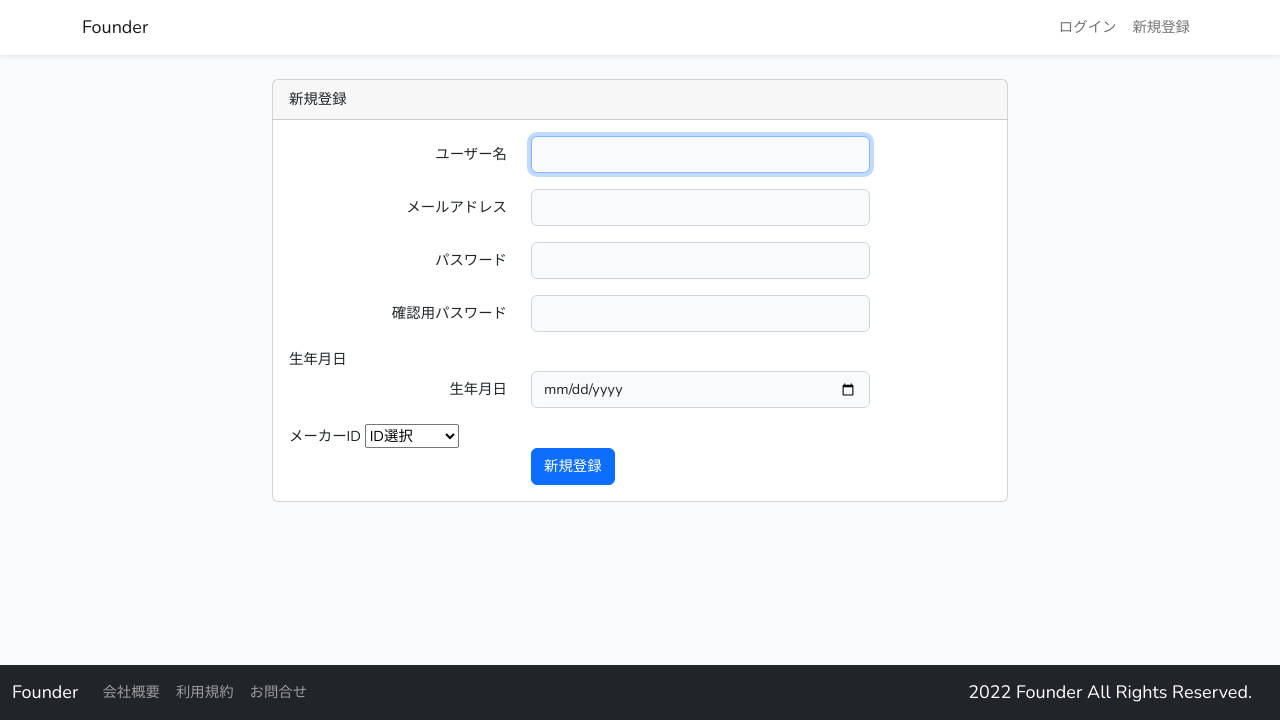
Repository: kazuro-yasuda/Founder_01
Page: http://localhost/register
The author's editor kept a record of every edit. The page is drawn from the files as they stood at one moment, then again after the next edit.
The browser window is 1280 px wide. The pictures show the whole page.
The page is served by the project's Laravel application, run on PHP 8.4 with Laravel 9.

Above is the page before.
Console error: TypeError: Cannot set properties of null (setting 'onclick')

After the next edit:
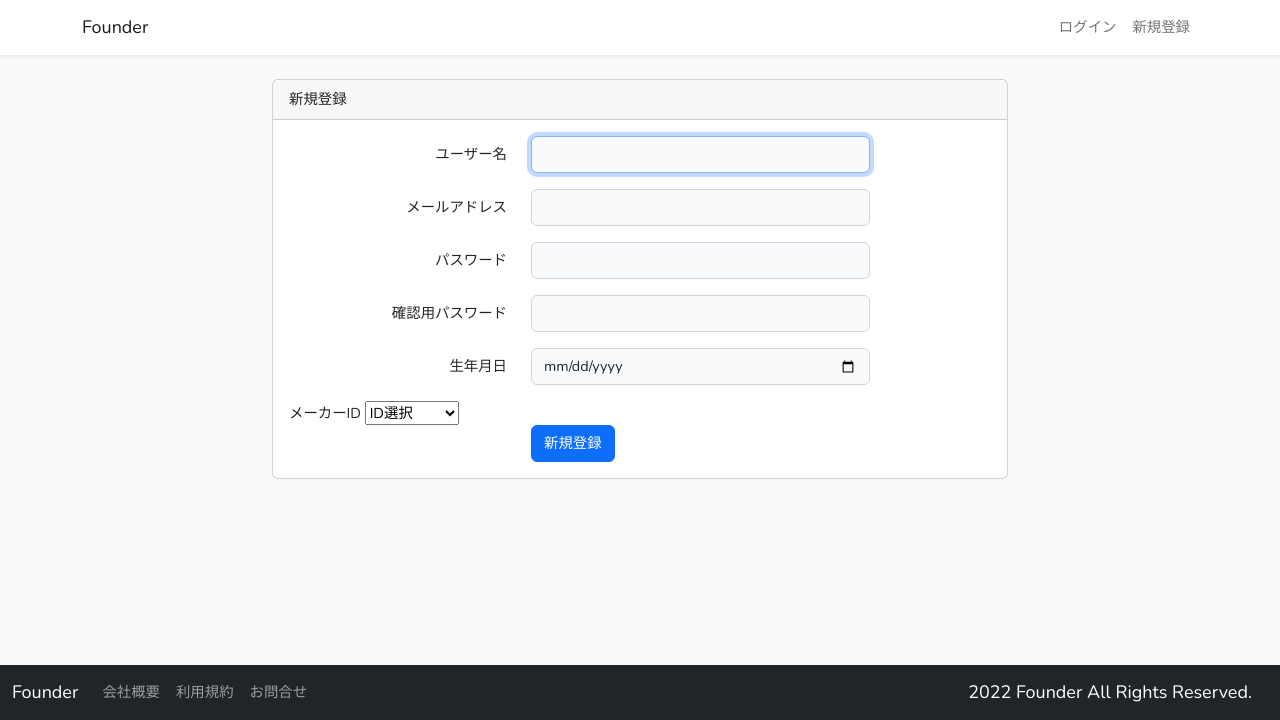
The edit:
--- a/cms/resources/views/auth/register.blade.php
+++ b/cms/resources/views/auth/register.blade.php
@@ -98,7 +98,7 @@
                         <!--    </div>-->
                         <!--</div>-->
 
-                        生年月日
+                        <!--生年月日-->
                         <div class="row mb-3">
                             <label for="birthday" class="col-md-4 col-form-label text-md-end">{{ __('生年月日') }}</label>
 
